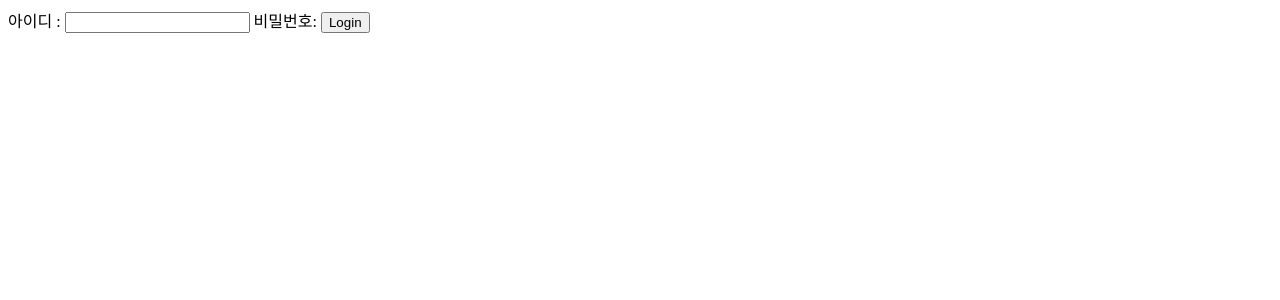
Repository: alsals126/servlet_study_2021
Page: http://localhost/ServletPrj/login_form.jsp
These files come from the project's save history. The page is drawn as it stood at one moment and after the next save; the edit follows.
The browser window is 1280 px wide. The pictures show the whole page.
The page is served by Tomcat 9. Other server files are loaded and not shown.

Above is the page before, as saved 2021-05-11 00:35:01.

### ServletPrj/WebContent/login_form.jsp
<%@ page language="java" contentType="text/html; charset=EUC-KR"
    pageEncoding="EUC-KR"%>
<!DOCTYPE html>
<html>
<head>
<meta charset="EUC-KR">
<title>Insert title here</title>
</head>
<body>
	<form method="post" action="/login">
		아이디 : <input type="text"/>
		비밀번호:
		<button type="submit">Login</button>
	</form>
</body>
</html>

After the next save:
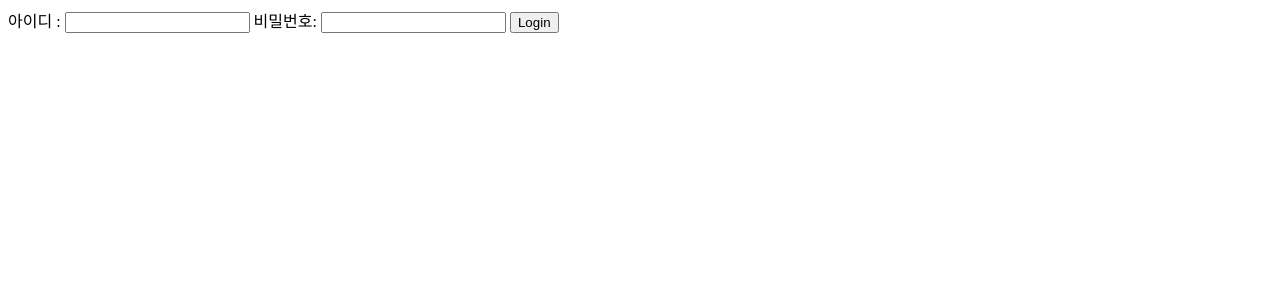
Saved 10 s later.
--- a/ServletPrj/WebContent/login_form.jsp
+++ b/ServletPrj/WebContent/login_form.jsp
@@ -9,7 +9,7 @@
 <body>
 	<form method="post" action="/login">
 		아이디 : <input type="text"/>
-		비밀번호:
+		비밀번호: <input type="password"/>
 		<button type="submit">Login</button>
 	</form>
 </body>
